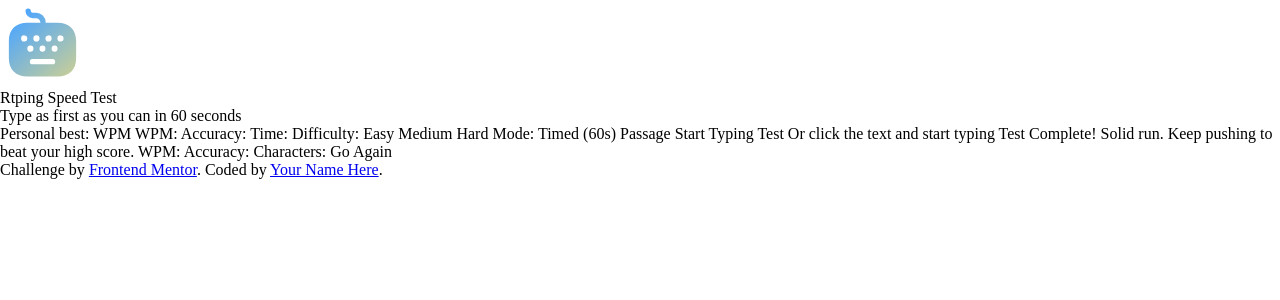
Repository: eva003n/typing-speed-test
Page: index.html
These files come from the project's save history. The page is drawn as it stood at one moment and after a run of saves; the edit follows.
The browser window is 1280 px wide. The pictures show the whole page.

Above is the page before, as saved 2026-02-12 23:50:20.

### index.html
<!DOCTYPE html>
<html lang="en">
<head>
  <meta charset="UTF-8">
  <meta name="viewport" content="width=device-width, initial-scale=1.0"> <!-- displays site properly based on user's device -->

  <link rel="icon" type="image/png" sizes="32x32" href="./assets/images/favicon-32x32.png">
  <link rel="stylesheet" href="/style.css">
  <title>Frontend Mentor | Typing Speed Test</title>
</head>
<body>

  <header>
    <div>
      <!-- logo -->
       <div>
        <img
        srcset="logo-small.svg 480w "
        src=""
        alt="Tying speed test logo icon">
       </div>
      <p>Rtping Speed Test</p>
      <p>Type as first as you can in 60 seconds</p>
    </div>
    <div>

    </div>

  </header>
  <section>

  </section>
  Personal best: <!-- PB --> WPM

  WPM: <!-- WPM -->
  Accuracy: <!-- Accuracy -->
  Time: <!-- Time -->

  Difficulty:
  Easy
  Medium
  Hard

  Mode:
  Timed (60s)
  Passage

  <!-- Passage -->

  Start Typing Test
  Or click the text and start typing

  <!-- Test Complete Start -->

  Test Complete!
  Solid run. Keep pushing to beat your high score.

  WPM: <!-- WPM -->
  Accuracy: <!-- Accuracy -->
  Characters: <!-- Correct/Incorrect -->

  Go Again

  <!-- Test Complete End -->

  <div class="attribution">
    Challenge by <a href="https://www.frontendmentor.io?ref=challenge">Frontend Mentor</a>.
    Coded by <a href="#">Your Name Here</a>.
  </div>
</body>
</html>

### style.css
/* sora-regular - latin */
@font-face {
  font-display: swap; /* Check https://developer.mozilla.org/en-US/docs/Web/CSS/@font-face/font-display for other options. */
  font-family: 'Sora';
  font-style: normal;
  font-weight: 400;
  src: url('/assets/fonts/sora-v17-latin-regular.woff2') format('woff2'); /* Chrome 36+, Opera 23+, Firefox 39+, Safari 12+, iOS 10+ */
}
/* sora-600 - latin */
@font-face {
  font-display: swap; /* Check https://developer.mozilla.org/en-US/docs/Web/CSS/@font-face/font-display for other options. */
  font-family: 'Sora';
  font-style: normal;
  font-weight: 600;
  src: url('/assets/fonts/sora-v17-latin-600.woff2') format('woff2'); /* Chrome 36+, Opera 23+, Firefox 39+, Safari 12+, iOS 10+ */
}
/* sora-700 - latin */
@font-face {
  font-display: swap; /* Check https://developer.mozilla.org/en-US/docs/Web/CSS/@font-face/font-display for other options. */
  font-family: 'Sora';
  font-style: normal;
  font-weight: 700;
  src: url('/assets/fonts/sora-v17-latin-700.woff2') format('woff2'); /* Chrome 36+, Opera 23+, Firefox 39+, Safari 12+, iOS 10+ */
}

:root {
--green-500: hsl(140, 63%, 57%);
--red-500: hsl(354, 63%, 57%);
--yellow-400: hsl(49, 85%, 70%);

--blue-600: hsl(214, 100%, 55%);
--blue-400: hsl(210, 100%, 65%);


--neutral-900: hsl(0, 0%, 7%);
--neutral-800: hsl(0, 0%, 15%);
--neutral-500: hsl(240, 3%, 46%);
--neutral-400: hsl(240, 1%, 59%);
--neutral-0: hsl(0, 0%, 100%);

--fz-sm: 1rem;

--fw-400: 400;
--fw-600: 600;
--fw-700: 700;
}

*,
*::before,
*::after {
    margin: 0;
    padding: 0;
}

body {
    min-height: 100svh;
    font-size: var(--fz-sm);

}

After the next 3 saves:
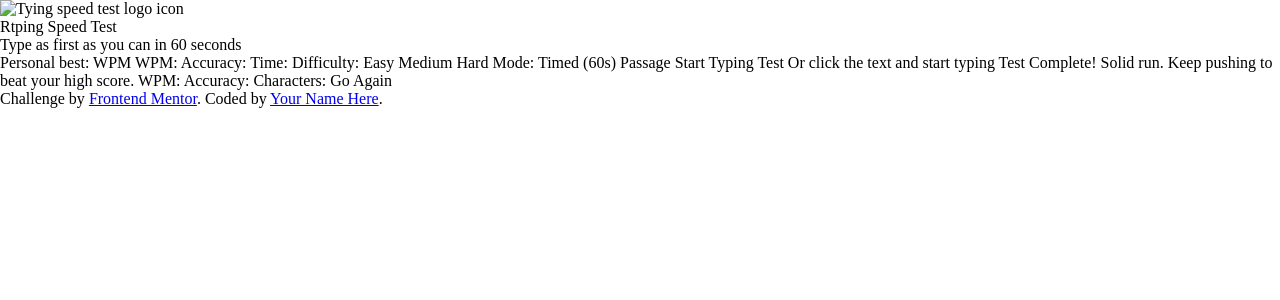
The 3 saves are shown as one change because they came seconds apart.
The last was saved 9 s later.
--- a/index.html
+++ b/index.html
@@ -15,7 +15,7 @@
       <!-- logo -->
        <div>
         <img
-        srcset="logo-small.svg 480w "
+        srcset="logo-small.svg 480w logo-large "
         src=""
         alt="Tying speed test logo icon">
        </div>
